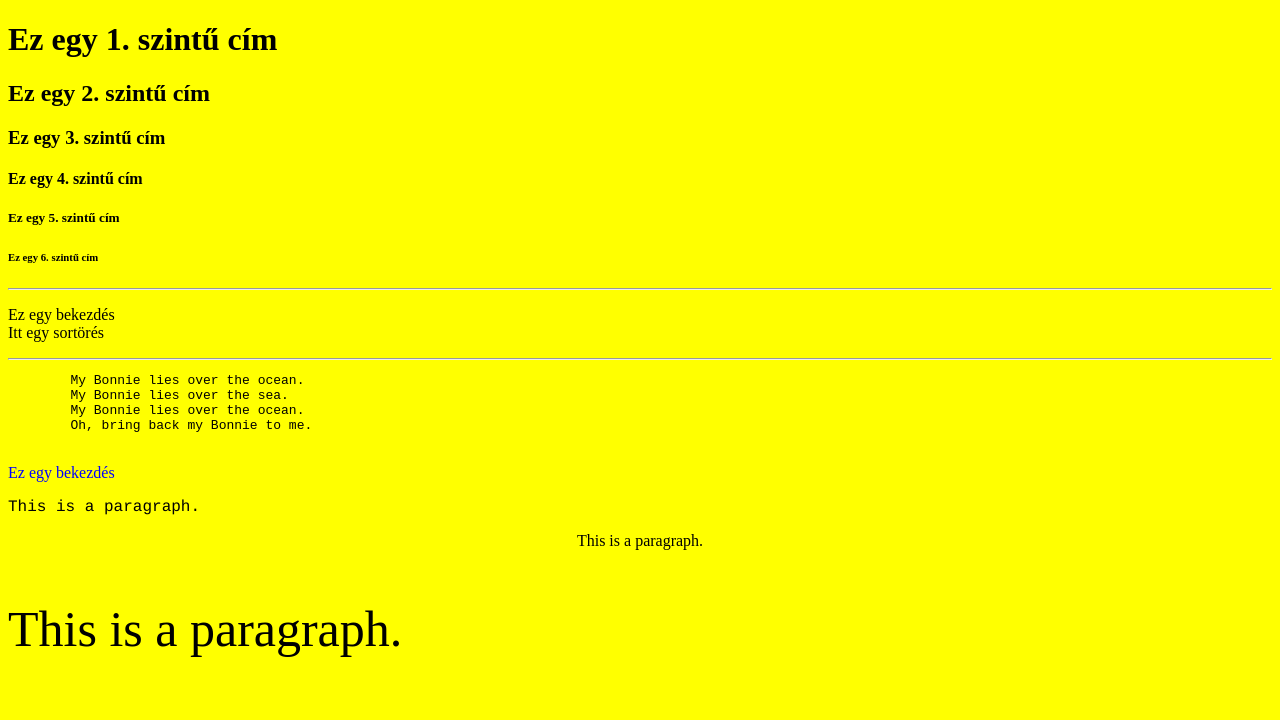
Repository: doomhyena/Web
Page: 2.óra/inedx.html
An editor plug-in stored every save of this project. The page is shown before and after the next save, followed by the edit.
The browser window is 1280 px wide. The pictures show the whole page.

Above is the page before, as saved 2024-09-13 11:25:09.

After the next save:
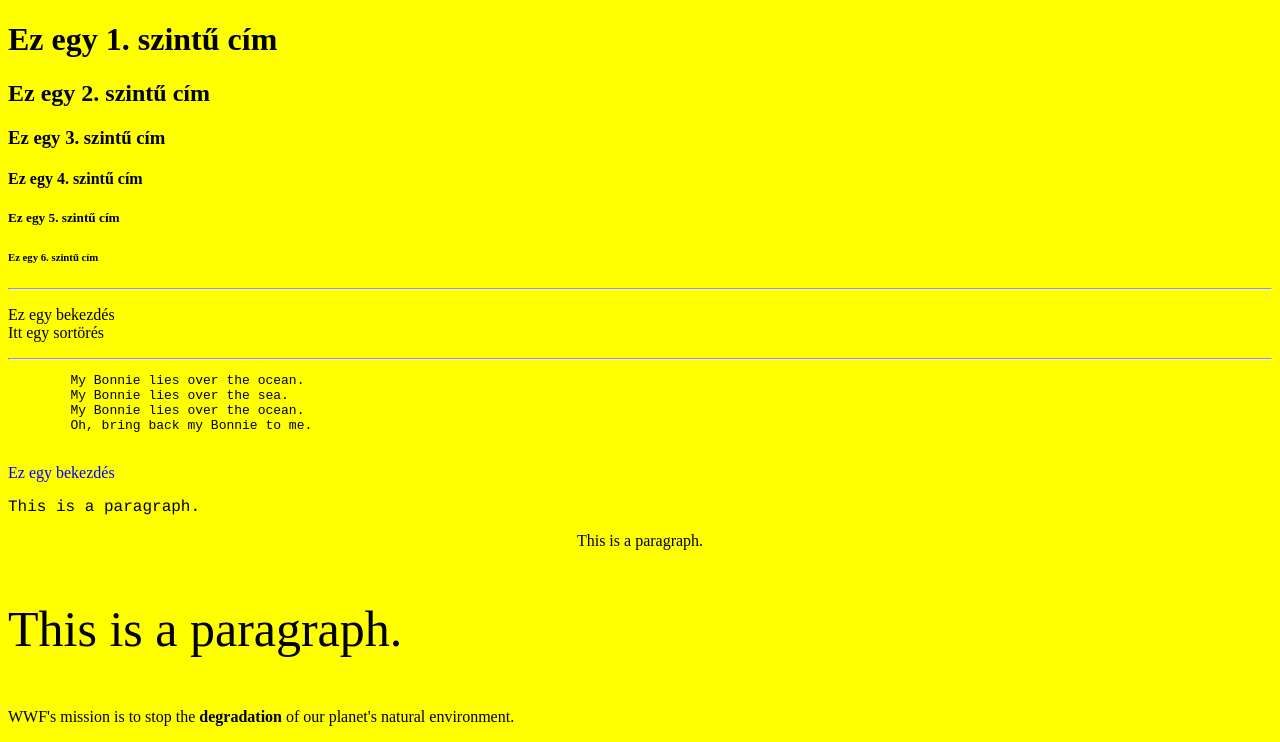
Saved 48 s later.
--- a/2.óra/inedx.html
+++ b/2.óra/inedx.html
@@ -41,5 +41,13 @@ text-align
 <p style="
 font-size
 :50px;">This is a paragraph.</p>
+
+<p>
+    WWF's mission is to stop the
+    <strong>
+    degradation
+    </strong>
+     of our planet's natural environment.
+    </p>
    </body>
 </html>
